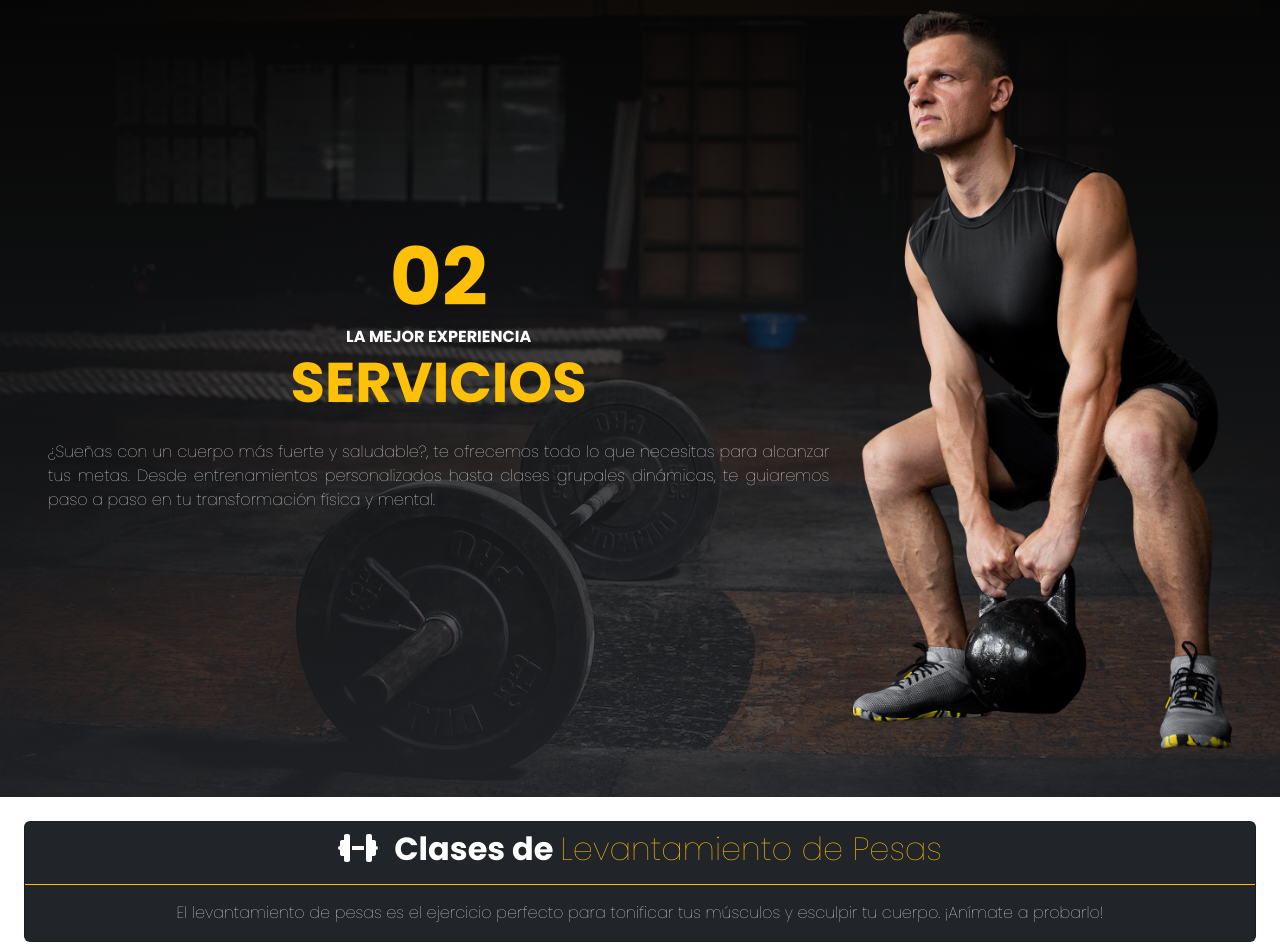
Repository: enjeru13/BullBox
Page: / (app in BullBox/)
These files come from the project's save history. The page is drawn as it stood at one moment and after the next save; the edit follows.
The browser window is 1280 px wide. The pictures show the part of the page from y = 1784 to 2736 px (the page is 4177 px tall).
The project was rebuilt for these pictures with package versions that can differ from the ones it lists, and the page was loaded fresh each time. Also part of the build but not shown: BullBox/vite.config.js, BullBox/src/pages/Registro.jsx, BullBox/src/pages/Login.jsx, BullBox/src/pages/Perfil.jsx, BullBox/src/pages/Tienda.jsx, BullBox/ProtectedRoute.jsx.

Above is the page before, as saved 2024-10-28 12:20:31.

### BullBox/index.html
<!doctype html>
<html lang="en">
  <head>
    <meta charset="UTF-8" />
    <link rel="icon" type="image/svg+xml" href="/vite.svg" />
    <link rel="preconnect" href="https://fonts.googleapis.com">
<link rel="preconnect" href="https://fonts.gstatic.com" crossorigin>
<link href="https://fonts.googleapis.com/css2?family=Poppins:ital,wght@0,100;0,200;0,300;0,400;0,500;0,600;0,700;0,800;0,900;1,100;1,200;1,300;1,400;1,500;1,600;1,700;1,800;1,900&family=Raleway:ital,wght@0,100;0,200;0,300;0,400;0,500;0,600;0,700;0,800;0,900;1,100;1,200;1,300;1,400;1,500;1,600;1,700;1,800;1,900&display=swap" rel="stylesheet">
    <meta name="viewport" content="width=device-width, initial-scale=1.0" />
    <title>Bull Box</title>
  </head>
  <body>
    <div id="root"></div>
    <script type="module" src="/src/main.jsx"></script>
    <script
    src="https://cdn.jsdelivr.net/npm/bootstrap@5.0.2/dist/js/bootstrap.bundle.min.js"
    integrity="sha384-MrcW6ZMFYlzcLA8Nl+NtUVF0sA7MsXsP1UyJoMp4YLEuNSfAP+JcXn/tWtIaxVXM"
    crossorigin="anonymous"
  ></script>
</html>

### BullBox/src/App.jsx
import { BrowserRouter, Routes, Route } from 'react-router-dom'
import { AuthProvider } from './context/AuthContext'
import Header from './components/Header'
import Inicio from './pages/Inicio'
import Registro from './pages/Registro'
import Login from './pages/Login'
import Perfil from './pages/Perfil'
import Tienda from './pages/Tienda'
import ProtectedRoute from '../ProtectedRoute'
import Footer from './components/Footer'

function App() {
  return (
    <AuthProvider>
      <BrowserRouter>
        <Header/>
        <Routes>
          <Route path='/' element={<Inicio />} />

          <Route path='/register' element={<Registro />} />

          <Route path='/login' element={<Login />} />

          <Route path='/tienda' element={<Tienda />} />

          <Route element={<ProtectedRoute/>}>
            <Route path='/profile' element={<Perfil />} />
          </Route>

        </Routes>
        <Footer/>
      </BrowserRouter>
    </AuthProvider>
  )
}

export default App

### BullBox/src/index.css
* {
 margin: 0;
 padding: 0;
 font-family: "Poppins", serif;
 font-optical-sizing: auto;
 font-weight: 100;
 font-style: normal;
}

/* Inicio */

.bg-image {
  background: linear-gradient(rgba(0, 0, 0, 0.717), rgba(36, 38, 42, 0.745)), url("/img/fondo.jpg");
  height: 100vh; /* 100vh = 100% de la altura de la viewport */
  width: 100vw; /* 100vw = 100% del ancho de la viewport */
  background-size: cover; /* Hace que la imagen cubra todo el espacio disponible */
  background-position: center; /* Centra la imagen */
  background-repeat: no-repeat; /* Evita que la imagen se repita */
  justify-content: center;
  align-items: center;
  display: flex;
}

/* Nosotros */

.bg {
  background-color: #dde1e9;
}

.justified-text {
  text-align: justify;
}

/* Servicios */

.bg-image-servicios {
  background: linear-gradient(rgba(0, 0, 0, 0.717), rgba(36, 38, 42, 0.745)), url("/img/fondo-servicios.jpg");
  background-size: cover; /* Hace que la imagen cubra todo el espacio disponible */
  background-position: center; /* Centra la imagen */
  background-repeat: no-repeat; /* Evita que la imagen se repita */
}

/* Planes */

.bg-image-planes {
  background: linear-gradient(rgba(0, 0, 0, 0.717), rgba(36, 38, 42, 0.745)), url("/img/fondo-planes1.jpg");
  background-size: cover; /* Hace que la imagen cubra todo el espacio disponible */
  background-position: center; /* Centra la imagen */
  background-repeat: no-repeat; /* Evita que la imagen se repita */
}

.bg-card {
  background: linear-gradient(rgba(0, 0, 0, 0.745), rgb(18, 17, 17));
}

### BullBox/src/context/AuthContext.jsx
import { createContext, useContext, useState, useEffect } from 'react'
import { registerRequest, loginRequest, verifyTokenRequest } from '../api/auth'
import Cookies from 'js-cookie'

const AuthContext = createContext();

// eslint-disable-next-line react-refresh/only-export-components
export const useAuth = () => {
    const context = useContext(AuthContext)
    if (!context) {
        throw new Error('useAuth deberia estar dentro del Provider')
    }
    return context
}

// eslint-disable-next-line react/prop-types
export const AuthProvider = ({ children }) => {

    const [user, setUser] = useState(null)
    const [isAuthenticated, setIsAuthenticated] = useState(false)
    const [errors, setErrors] = useState([])
    const [loading, setLoading] = useState(true)

    const signUp = async (user) => {
        try {
            const res = await registerRequest(user)
            console.log(res.data)
            setUser(res.data)
            setIsAuthenticated(true)
        } catch (error) {
            console.log(error.response)
            setErrors(error.response.data)
        }
    }

    const signIn = async (user) => {
        try {
            const res = await loginRequest(user)
            console.log(res.data)
            setUser(res.data)
            setIsAuthenticated(true)
        } catch (error) {
            if (Array.isArray(error.response.data)) {
                return setErrors(error.response.data)
            }
            setErrors([error.response.data.message])
        }
    }

    const logOut = () => {
        Cookies.remove('token')
        setIsAuthenticated(false)
        setUser(null)
    }

    // timer de las alertas de errores

    useEffect(() => {
        if (errors.length > 0) {
            const timer = setTimeout(() => {
                setErrors([])
            }, 3000);
            return () => clearTimeout(timer)
        }
    }, [errors])

    useEffect(() => {
        async function checkLogin() {
            const cookies = Cookies.get()

            if (!cookies.token) {
                setIsAuthenticated(false)
                setLoading(false)
                return setUser(null)
            }
            try {
                const res = await verifyTokenRequest(cookies.token)
                if (!res.data) {
                    setIsAuthenticated(false)
                    setLoading(false)
                    return
                }

                setIsAuthenticated(true)
                setUser(res.data)
                setLoading(false)

            } catch (error) {
                console.log(error)
                setIsAuthenticated(false)
                setUser(null)
                setLoading(false)
            }
        }
        checkLogin()
    }, [])

    return (
        <AuthContext.Provider value={{
            signUp,
            signIn,
            logOut,
            loading,
            user,
            isAuthenticated,
            errors,
        }}>
            {children}
        </AuthContext.Provider>
    )
}

export default AuthContext

### BullBox/src/components/Header.jsx
import { Link } from "react-router-dom"
import { useAuth } from '../context/AuthContext'

function Header() {

    const { isAuthenticated, logOut, user } = useAuth()

    return (
        <>
            <nav className="navbar navbar-expand-lg bg-dark border-bottom border-warning p-4 sticky-top">
                <div className="container-fluid">
                    <a className="navbar-brand text-white fs-1 " href='#'>BULL <span className="text-warning">BOX</span></a>
                    <button className="navbar-toggler border-2 border-warning" type="button" data-bs-toggle="collapse" data-bs-target="#navbarNav" aria-controls="navbarNav" aria-expanded="false" aria-label="Toggle navigation">
                        <span className="navbar-toggler-icon"></span>
                    </button>
                    <div className="collapse navbar-collapse " id="navbarNav">
                        <ul className="navbar-nav ms-auto justify-content-center align-items-center">
                            <li className="nav-item">
                                <Link className="nav-link text-white fs-4 active mx-3" aria-current="page" to="/">Inicio</Link>
                            </li>
                            <li className="nav-item">
                                <Link className="nav-link text-white fs-4 mx-3" to="/tienda">Tienda</Link>
                            </li>
                            {isAuthenticated ? (
                                <>
                                    <li className="nav-item">
                                        <Link className="nav-link text-white fs-4 mx-3" to='/profile'>Tu perfil {user.username} </Link>
                                    </li>
                                    <li className="nav-item ">
                                        <Link className="nav-link text-white fs-4 mx-3" to='/' onClick={() => {
                                            logOut()
                                        }}>Cerrar Sesión</Link>
                                    </li>
                                </>
                            ) : (
                                <>
                                    <li className="nav-item">
                                        <Link className="nav-link text-white fs-4 mx-3" to="/login">Inicia Sesión</Link>
                                    </li>
                                </>)}
                        </ul>
                    </div >
                </div >
            </nav >
        </>
    )
}

export default Header

### BullBox/src/pages/Inicio.jsx
import { FontAwesomeIcon } from '@fortawesome/react-fontawesome';
import { faLocationPin, faDumbbell, faPersonRunning, faWeightHanging } from '@fortawesome/free-solid-svg-icons';
import nosotros from '/img/nosotros.png'
import servicios from '/img/servicios.png'
import QRvzla from '/img/QRvzla.jpg'
import Mapa from '../components/Mapa'

function Inicio() {
    return (
        <>
            {/* Inicio */}

            <section className="bg-image text-center text-white fw-bold">
                <div className=''>
                    <h2 className='fw-bold display-4'>HAZ QUE <span className='text-warning'>OCURRA</span></h2>
                    <h5 className=''>Triunfar es mas facil de lo que piensas !</h5>
                    <hr className='text-warning' />
                    <h2 className='fw-bold display-4'>ENTRENA <span className='text-warning'>GRATIS HOY ! </span> </h2>
                    <h5 className=''>Primera Clase Gratis !</h5>
                </div>
            </section>

            {/* Nosotros */}

            <section className='container fw-bold p-5'>
                <div className='row justify-content-center align-items-center'>
                    <div className='col-md-4'>
                        <img className='img-fluid' src={nosotros} />
                    </div>
                    <div className='col-md-8 my-4 text-center'>
                        <div className='text-warning fw-bold display-1'>
                            01
                        </div>
                        <span className='fw-bold'>LA MEJOR EXPERIENCIA</span>
                        <h1 className='text-warning fw-bold display-4'>NOSOTROS</h1>
                        <p className='justified-text pt-3 fw-bold'> Creemos en el poder del movimiento y en el potencial ilimitado de cada persona. Nuestro equipo de expertos te guiará en cada paso del camino, diseñando planes de entrenamiento personalizados para ayudarte a alcanzar tus metas. </p>
                    </div>
                </div>
                <div >
                    <h1 className='text-center pt-3 pb-3 text-warning fw-bold'>Nuestra ubicacion</h1>
                    <Mapa />
                </div>
                <div>
                    <h3 className='text-center pt-4 fw-bold'> <FontAwesomeIcon className='text-warning me-2' icon={faLocationPin} />Barrio Obrero Calle 15 entre Carreras 21 y 22</h3>
                </div>
            </section>

            {/* Servicios */}

            <section className='bg-image-servicios fw-bold p-5 text-center text-white'>
                <div className='row justify-content-center align-items-center'>
                    <div className='col-md-8 my-4 text-center'>
                        <div className='text-warning fw-bold display-1'>
                            02
                        </div>
                        <span className='fw-bold'>LA MEJOR EXPERIENCIA</span>
                        <h2 className='text-warning fw-bold display-4'>SERVICIOS</h2>
                        <p className='justified-text pt-3'> ¿Sueñas con un cuerpo más fuerte y saludable?, te ofrecemos todo lo que necesitas para alcanzar tus metas. Desde entrenamientos personalizados hasta clases grupales dinámicas, te guiaremos paso a paso en tu transformación física y mental. </p>
                    </div>
                    <div className='col-md-4'>
                        <img className='img-fluid' src={servicios} />
                    </div>
                </div>
            </section>

            <div className="card text-center m-4 fw-bold bg-dark text-white">
                <div className="card-header border-warning">
                    <h2 className="text-center fw-bold"><i className='me-3'><FontAwesomeIcon icon={faDumbbell} /></i>Clases de <span className='text-warning'>Levantamiento de Pesas</span></h2>
                </div>
                <div className="card-body">
                    <p className="card-text text-center">El levantamiento de pesas es el ejercicio perfecto para tonificar tus músculos y esculpir tu cuerpo. ¡Anímate a probarlo!</p>
                </div>
            </div>

            <div className="card text-center m-4 fw-bold bg-dark text-white">
                <div className="card-header border-warning">
                    <h2 className=" fw-bold card-title text-center"><i className='me-3'><FontAwesomeIcon icon={faWeightHanging} /></i>Clases de <span className='text-warning'>Crosstraining</span></h2>
                </div>
                <div className="card-body">
                    <p className="card-text text-center">Combina ejercicios funcionales, constantemente variados y ejecutados a alta intensidad, para mejorar tu fuerza, resistencia y condición física general. ¡Descubre tu potencial!</p>
                </div>
            </div>

            <div className="card text-center m-4 fw-bold bg-dark text-white">
                <div className="card-header border-warning">
                    <h2 className=" fw-bold card-title text-center"><i className='me-3'><FontAwesomeIcon icon={faPersonRunning} /></i>Entrenamientos <span className='text-warning'>GAP</span></h2>
                </div>
                <div className="card-body">
                    <p className="card-text text-center ">Este entrenamiento se enfoca en fortalecer glúteos, abdomen y piernas, logrando una figura más tonificada y definida. ¡Ideal para quienes buscan resultados rápidos y efectivos!</p>
                </div>
            </div>

            {/* Planes */}

            <section className='bg-image-planes fw-bold p-5 text-center text-white'>
                <div className=''>
                    <div className='text-warning fw-bold display-1'>
                        03
                    </div>
                    <span>LA MEJOR EXPERIENCIA</span>
                    <h2 className='text-warning fw-bold display-4'>Planes</h2>
                </div>
                <p className='justified-text pt-3'>Elige el plan que se adapte a tu estilo de vida y alcanza tus objetivos de forma rápida y segura. Ofrecemos planes personalizados con entrenamiento funcional, cardiovascular y asesoramiento nutricional para optimizar tus resultados. ¡Únete a nuestra comunidad fitness y descubre tu máximo potencial ! </p>
                <div className="row row-cols-1 row-cols-md-3 g-5 pt-5">
                    <div className="col">
                        <div className="bg-card card h-100">
                            <div className="card-body">
                                <h5 className="card-title text-center text-warning display-3 fw-bold m-3 border-bottom border-3 border-warning">2 BULL</h5>
                                <p className="card-text text-center text-white fs-1 fw-bold">2 CLASES POR SEMANA</p>
                                <br />
                                <p className='text-center fs-1 text-warning fw-bold'>12$</p>
                                <p className='text-center text-white fs-1 fw-bold'>MENSUAL</p>
                            </div>
                        </div>
                    </div>
                    <div className="col">
                        <div className="bg-card card h-100">
                            <div className="card-body">
                                <h5 className="card-title text-center text-warning display-3 fw-bold border-bottom border-3 border-warning">FULL BOX</h5>
                                <br />
                                <p className="card-text text-center text-white fs-1 fw-bold ">5 CLASES POR SEMANA</p>
                                <br />
                                <p className='text-center fs-1 text-warning fw-bold'>20$</p>
                                <p className='text-center text-white fs-1 fw-bold'>MENSUAL</p>
                            </div>
                        </div>
                    </div>
                    <div className="col">
                        <div className="bg-card card h-100">
                            <div className="card-body">
                                <h5 className="card-title text-center text-warning display-3 fw-bold m-3 border-bottom border-3 border-warning">3 BULL</h5>
                                <p className="card-text text-center text-white fs-1 fw-bold">3 CLASES POR SEMANA</p>
                                <br />
                                <p className='text-center fs-1 text-warning fw-bold'>15$</p>
                                <p className='text-center text-white fs-1 fw-bold'>MENSUAL</p>
                            </div>
                        </div>
                    </div>
                    <div className='container-fluid h-100 d-flex flex-column justify-content-center align-items-center pt-5'>
                        <button type="button" className="btn btn-warning fw-bold fs-4" data-bs-toggle="modal" data-bs-target="#staticBackdrop">
                            Metodos de Pago
                        </button>
                    </div>
                    <div className="modal fade" id="staticBackdrop" data-bs-backdrop="static" data-bs-keyboard="false" tabIndex="-1" aria-labelledby="staticBackdropLabel" aria-hidden="true">
                        <div className="modal-dialog">
                            <div className="modal-content bg-dark">
                                <div className="modal-header">
                                    <h1 className="modal-title text-warning fs-4" id="staticBackdropLabel">Métodos de Pago</h1>
                                    <button type="button" className="btn-close" data-bs-dismiss="modal" aria-label="Close"></button>
                                </div>
                                <div className="modal-dialog modal-dialog-scrollable text-warning fs-5">
                                    Utiliza el método de pago que mejor se adapte a ti!
                                </div>
                                <p className='text-warning text-center fs-5'>QR Banco de Venezuela</p>
                                <img src={QRvzla} alt="QR banco de Venezuela" />
                                <p className='text-warning text-center fs-5 pt-3'>QR Banco de Venezuela</p>
                                <img src={QRvzla} alt="" />
                                <p className='text-warning text-center fs-5'>QR Banco de Venezuela</p>
                                <img src={QRvzla} alt="" />
                            </div>
                        </div>
                    </div>
                </div>
            </section>
            {/* <Footer /> */}
        </>

    )
}

export default Inicio

### BullBox/src/components/Footer.jsx
import { FontAwesomeIcon } from '@fortawesome/react-fontawesome';
import { faWhatsapp, faFacebook, faInstagram } from '@fortawesome/free-brands-svg-icons';

function Footer() {
    return (
        <div className='d-flex flex-column align-items-center text-center bg-dark border-top border-warning container-fluid p-1'>
            <h5 className='text-white'>2024 - BULL <span className='text-warning'>BOX</span> Todos los Derechos Reservados</h5>
            <div className="d-flex justify-content-center">
                <div className="nav-item">
                    <a className="nav-link text-white fs-2" href="#"><FontAwesomeIcon icon={faWhatsapp} /></a>
                </div>
                <div className="nav-item">
                    <a className="nav-link text-white fs-2 ms-5" href="#"><FontAwesomeIcon icon={faFacebook} /></a>
                </div>
                <div className="nav-item">
                    <a className="nav-link text-white fs-2 ms-5" href="#"><FontAwesomeIcon icon={faInstagram} /></a>
                </div>
            </div>
        </div>
    )
}

export default Footer

### BullBox/src/components/Mapa.jsx
import { MapContainer, TileLayer, Marker, Popup } from 'react-leaflet'
import 'leaflet/dist/leaflet.css'
import './Mapa.css'


const Mapa = () => {
    return (

        <div className='container-fluid'>
            <MapContainer center={{ lat: '7.7819182', lng: '-72.2228125' }} zoom={16}>
                <TileLayer url='https://tile.openstreetmap.org/{z}/{x}/{y}.png'
                    attribution='&copy; <a href="http://www.openstreetmap.org/copyright">OpenStreetMap</a>' />
                <Marker position={{ lat: '7.7819182', lng: '-72.2228125' }}>
                    <Popup>
                        Ubicacion de BULL BOX
                    </Popup>
                </Marker>
            </MapContainer>
        </div>
    )
}

export default Mapa

### BullBox/src/components/Mapa.css
.leaflet-container {
    width: 100%;
    height: 300px;
    background: #000;
}

Loaded but not shown: BullBox/src/main.jsx (common file); BullBox/src/api/auth.js (7 lines, source omitted); BullBox/src/api/axios.js (8 lines, source omitted)

After the next save:
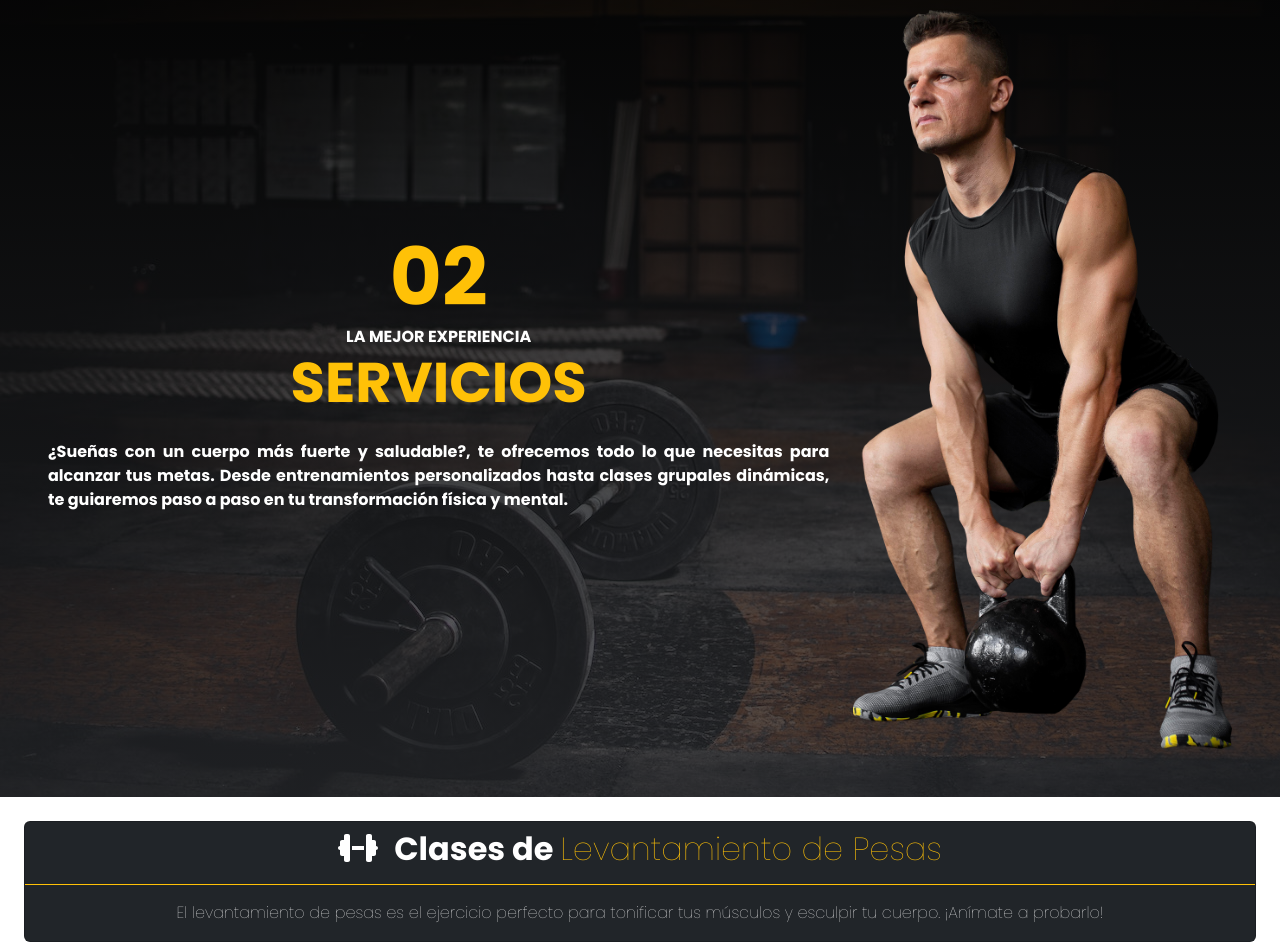
Saved 8 s later.
--- a/BullBox/src/pages/Inicio.jsx
+++ b/BullBox/src/pages/Inicio.jsx
@@ -55,7 +55,7 @@ function Inicio() {
                         </div>
                         <span className='fw-bold'>LA MEJOR EXPERIENCIA</span>
                         <h2 className='text-warning fw-bold display-4'>SERVICIOS</h2>
-                        <p className='justified-text pt-3'> ¿Sueñas con un cuerpo más fuerte y saludable?, te ofrecemos todo lo que necesitas para alcanzar tus metas. Desde entrenamientos personalizados hasta clases grupales dinámicas, te guiaremos paso a paso en tu transformación física y mental. </p>
+                        <p className='justified-text pt-3 fw-bold'> ¿Sueñas con un cuerpo más fuerte y saludable?, te ofrecemos todo lo que necesitas para alcanzar tus metas. Desde entrenamientos personalizados hasta clases grupales dinámicas, te guiaremos paso a paso en tu transformación física y mental. </p>
                     </div>
                     <div className='col-md-4'>
                         <img className='img-fluid' src={servicios} />
